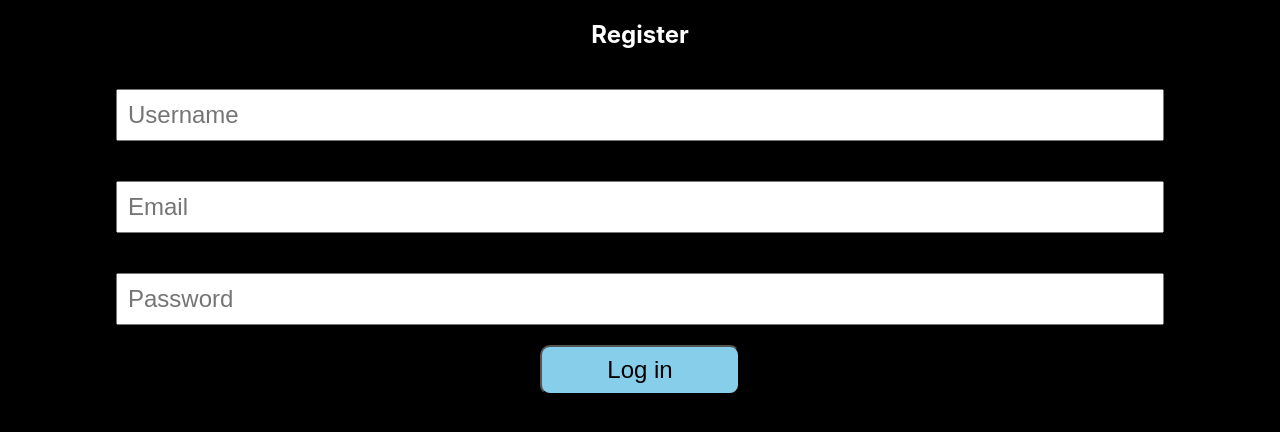
Repository: abhaysharma20233009/swiftKey
Page: /login (app in frontend/my-app/)
These files come from the project's save history. The page is drawn as it stood at one moment and after the next save; the edit follows.
The browser window is 1280 px wide. The pictures show the whole page.
The project was rebuilt for these pictures with package versions that can differ from the ones it lists, and the page was loaded fresh each time. Also part of the build but not shown: frontend/my-app/src/Swifts.js, frontend/my-app/src/Results.js.

Above is the page before, as saved 2024-10-10 16:44:16.

### frontend/my-app/src/App.js
//App.js

import './App.css';
import React from 'react';
import { BrowserRouter as Router, Route, Routes } from 'react-router-dom';
import Swift from './Swifts';
import Results from './Results';
import Login from './Login';
const App = () => {
    return (
        <Router>
			<div className="App">
            <Routes>
                <Route path="/" element={<Swift />} />
                <Route path="/results" element={<Results />} />
                <Route path="/login" element={<Login />} />
            </Routes>
			</div>
        </Router>
    );
};

export default App;

### frontend/my-app/src/App.css
.App {
  text-align: center;
  color:white;
}

body{
  background-color:black;
}

.log{
  color:black;
  margin-left: 10px;
  margin-right: 10px;
  background-color: skyblue;
  border-radius: 10px;
  height:50px;
  width:200px;
  justify-self: end;
  font-size: x-large;
}




.in{
  font-size: 24px;
  width: 80%;
  padding: 10px;
  margin: 20px 0;
}

### frontend/my-app/src/Login.js
// Register.js
import React, { useState } from 'react';
import { useNavigate } from 'react-router-dom';
const Login = () => {
    const [username, setUsername] = useState('');
    const [email, setEmail] = useState('');
    const [password, setPassword] = useState('');

    const navigate = useNavigate();
    const fetchUser = async () => {
        try {
            await fetch('http://localhost:7000/login');

        } catch (error) {
            console.error('Error fetching messages:', error);
        }
    };

    const log = async () => {
        try {
            navigate('/', { state: { username } });
            const response = await fetch('http://localhost:7000/login', {
                method: 'POST',
                headers: {
                    'Content-Type': 'application/json',
                },
                body: JSON.stringify({ userName: username, email, password }),
            });

            if (!response.ok) {
                const errorData = await response.json();
                alert(errorData.message || errorData.error);
                return;
            }

            // Reset fields
            setUsername('');
            setPassword('');

            // Navigate to Swifts with username

            await fetchUser();

        } catch (error) {
            console.error('Error login:', error);
        }
    }


    return (
        <div>
            <h2>Register</h2>
            <form >
                <input
                    className="in"
                    type="text"
                    placeholder="Username"
                    value={username}
                    onChange={(e) => setUsername(e.target.value)}
                    required
                />
                <br/>
                <input
                className="in"
                    type="email"
                    placeholder="Email"
                    value={email}
                    onChange={(e) => setEmail(e.target.value)}
                    required
                />
                <br/>
                <input

                className="in"
                    type="password"
                    placeholder="Password"
                    value={password}
                    onChange={(e) => setPassword(e.target.value)}
                    required
                />
                <br/>
                <button className="log" onClick={log}>Log in</button>
            </form>
        </div>
    );
};

export default Login;

Loaded but not shown: frontend/my-app/public/index.html (common file); frontend/my-app/src/index.js (common file); frontend/my-app/src/index.css (common file); frontend/my-app/src/reportWebVitals.js (common file)

After the next save:
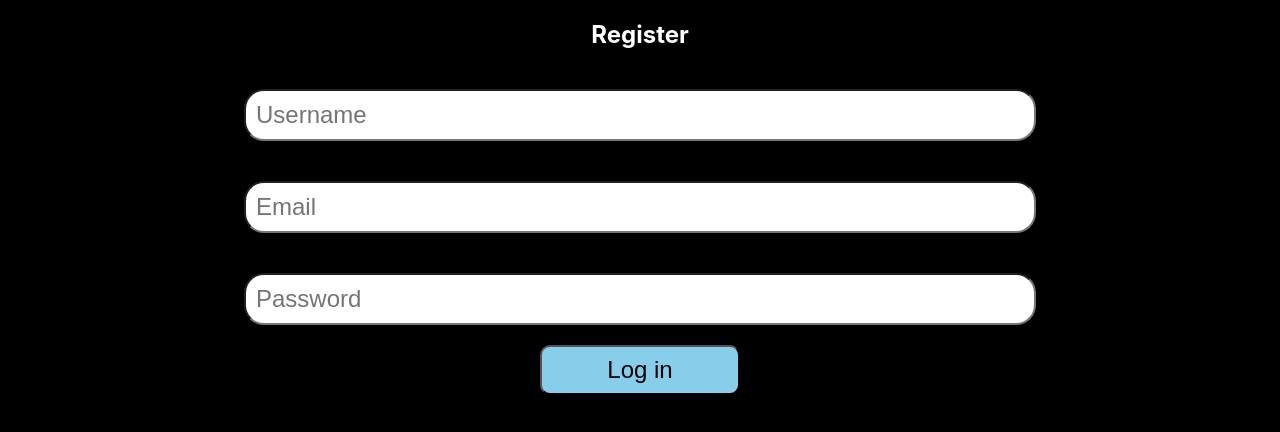
Saved 38 s later.
--- a/frontend/my-app/src/App.css
+++ b/frontend/my-app/src/App.css
@@ -23,8 +23,9 @@ body{
 
 
 .in{
+  border-radius:20px;
   font-size: 24px;
-  width: 80%;
+  width: 60%;
   padding: 10px;
   margin: 20px 0;
 }
